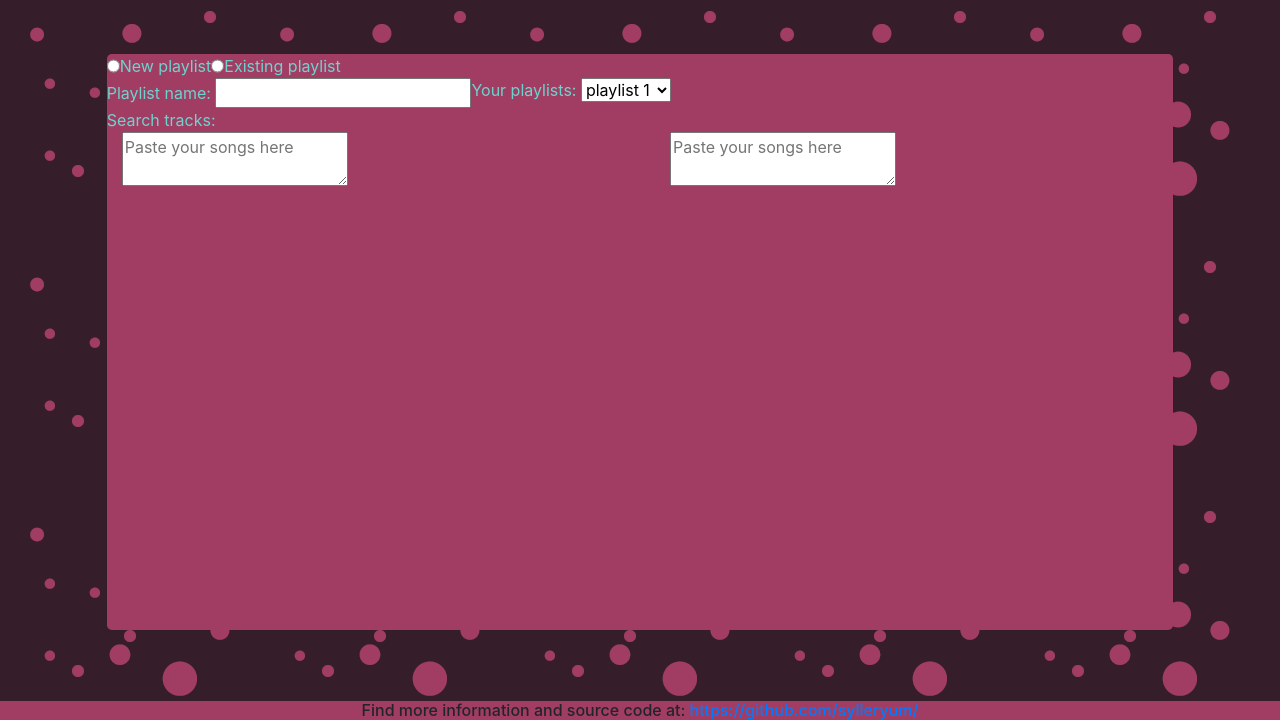
Repository: sylleryum/Frontend
Page: GetTopTracks/index.html
An editor plug-in stored every save of this project. The page is shown before and after a run of saves, followed by the edit.
The browser window is 1280 px wide. The pictures show the whole page.

Above is the page before, as saved 2019-10-13 16:00:47.

After the next 4 saves:
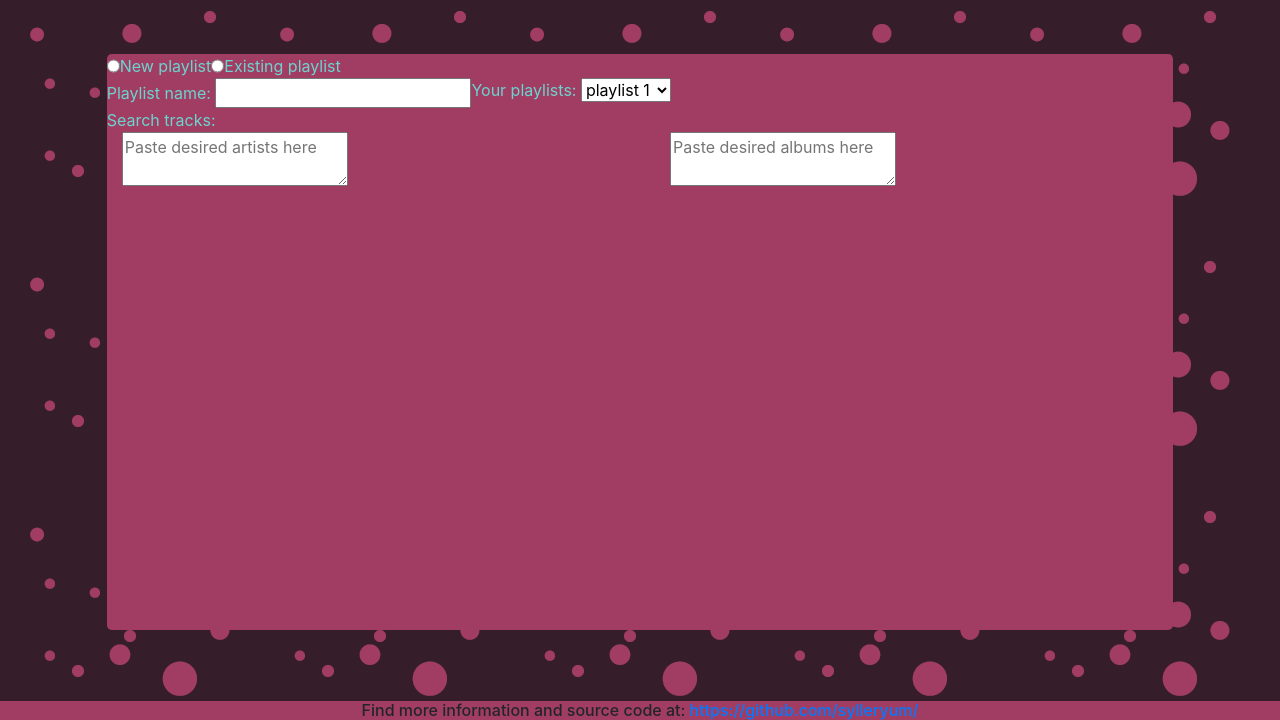
The 4 saves are shown as one change because they came seconds apart.
The last was saved 20 s later.
--- a/GetTopTracks/index.html
+++ b/GetTopTracks/index.html
@@ -51,12 +51,12 @@
                     <div class="row main-textarea">
                          <div class="col-6">
                               <textarea class="textarea-search" id="searchNameArtist" name="searchNameArtist"
-                                   placeholder="Paste your songs here"></textarea>
+                                   placeholder="Paste desired artists here"></textarea>
                          </div>
                          <div class="col-6">
                               <div class="col-6">
                                    <textarea class="textarea-search" id="searchNameAlbum" name="searchNameAlbum"
-                                        placeholder="Paste your songs here"></textarea>
+                                        placeholder="Paste desired albums here"></textarea>
                               </div>
                          </div>
                     </div>
